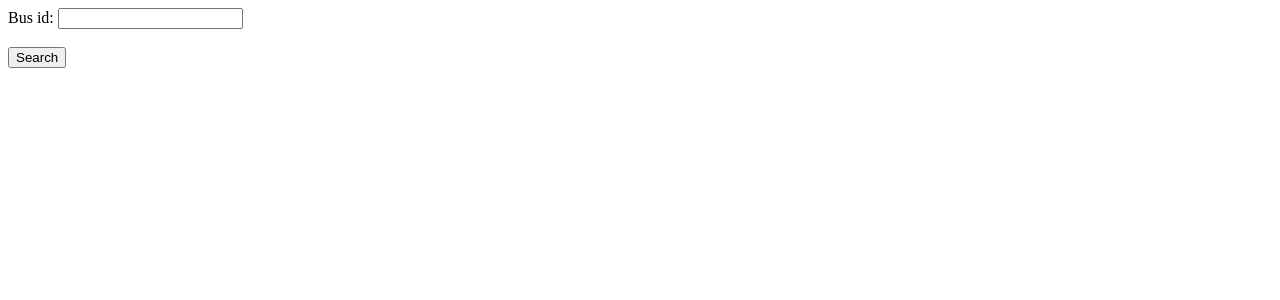
Repository: gummabhargavi/DynWebEjBPoject-AND-server
Page: DynWebEjbBusProject/WebContent/SearchBus.html
An editor plug-in stored every save of this project. The page is shown before and after the next save, followed by the edit.
The browser window is 1280 px wide. The pictures show the whole page.

Above is the page before, as saved 2022-12-07 12:25:08.

After the next save:
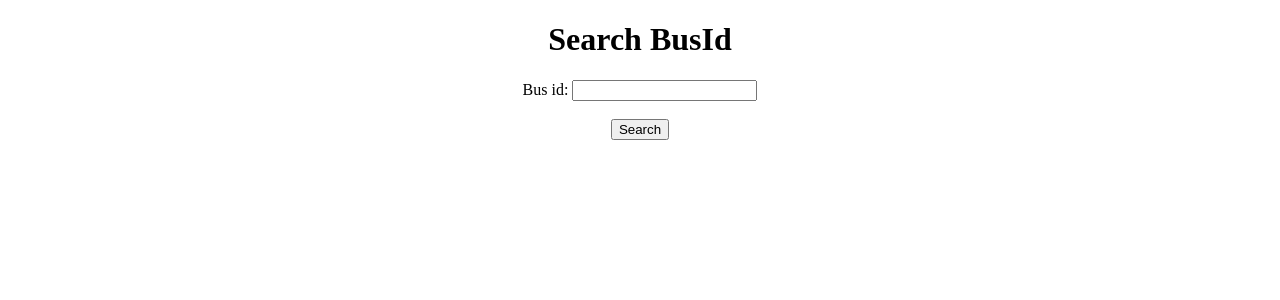
Saved 42 s later.
--- a/DynWebEjbBusProject/WebContent/SearchBus.html
+++ b/DynWebEjbBusProject/WebContent/SearchBus.html
@@ -6,9 +6,12 @@
 </head>
 <body>
    <form action="SearchBusServlet">
+   <center>
+    <h1>Search BusId</h1>
     Bus id:
       <input type="text" name="bus_id" ><br/><br/>
       <input type="submit" value="Search" >
+      </center>
    </form>
 </body>
 </html>
